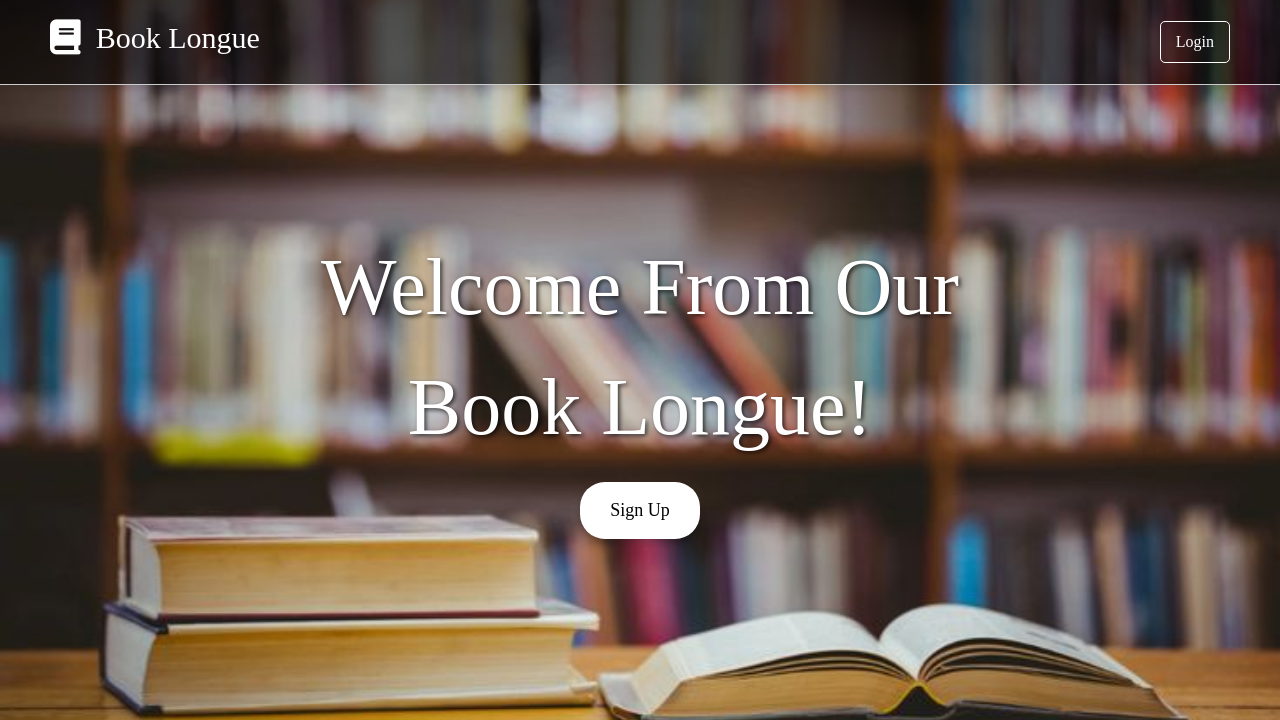
Repository: moehaymanmyint/Book-Longue-Web-System
Page: pages/GetStarted.html
An editor plug-in stored every save of this project. The page is shown before and after the next save, followed by the edit.
The browser window is 1280 px wide. The pictures show the whole page.
Some web fonts or font styles are not loaded; a fallback is used.

Above is the page before, as saved 2024-12-30 11:37:12.

### pages/GetStarted.html
<!DOCTYPE html>
<html lang="en">
<head>
    <meta charset="UTF-8">
    <meta name="viewport" content="width=device-width, initial-scale=1.0">
    <title>Book Longue - Get Started</title>
    <link href="https://cdn.jsdelivr.net/npm/bootstrap@5.3.3/dist/css/bootstrap.min.css" rel="stylesheet" integrity="sha384-QWTKZyjpPEjISv5WaRU9OFeRpok6YctnYmDr5pNlyT2bRjXh0JMhjY6hW+ALEwIH" crossorigin="anonymous">
    <script src="https://cdn.jsdelivr.net/npm/bootstrap@5.3.3/dist/js/bootstrap.bundle.min.js" integrity="sha384-YvpcrYf0tY3lHB60NNkmXc5s9fDVZLESaAA55NDzOxhy9GkcIdslK1eN7N6jIeHz" crossorigin="anonymous"></script>
    <link rel="stylesheet" href="../style/GetStarted.css">
    <link rel="stylesheet" href="https://cdnjs.cloudflare.com/ajax/libs/font-awesome/6.7.2/css/all.min.css" integrity="sha512-Evv84Mr4kqVGRNSgIGL/F/aIDqQb7xQ2vcrdIwxfjThSH8CSR7PBEakCr51Ck+w+/U6swU2Im1vVX0SVk9ABhg==" crossorigin="anonymous" referrerpolicy="no-referrer" />
    <link rel="preconnect" href="https://fonts.googleapis.com">
</head>
<body>
    <div class="nav-bar">
        <div class="left">
            <i class="fa-solid fa-book"></i>
            <h1>Book Longue</h1>
        </div>
        <div class="right">
            <button type="button" class="login-btn btn btn-light"><a href="../pages/login.html">Login</a></button>
        </div>
    </div>
    <div class="content">
        <h1>Welcome From Our<br>Book Longue!</h1>
        <button type="button" class="btn btn-light"><a href="../pages/signup.html">Sign Up</a></button>
    </div>
</body>
</html>

### style/GetStarted.css
@import url('https://fonts.googleapis.com/css2?family=Playwrite+GB+S:ital,wght@0,100..400;1,100..400&display=swap');
*{
    font-family: "Playwrite GB S", serif;
}
body {
    background-image: url(../src/GetStart-bg.jpg);
    background-size: cover;
    background-repeat: no-repeat;
    background-position: center;
    height: 100vh;
    color: #ffffff;
    font-family: 'Arial', sans-serif;
    margin: 0;
}

.nav-bar {
    display: flex;
    justify-content: space-between;
    align-items: center;
    padding: 20px 50px;
    background-color: rgba(0, 0, 0, 0.6);
    border-bottom: 1px solid #ccc;
    position: fixed;
    width: 100%;
    z-index: 10;
    box-shadow: 0px 4px 6px rgba(0, 0, 0, 0.1);
}

.nav-bar .left{
    display: flex;
    justify-content: center;
}

.nav-bar .left i {
    font-size: 35px;
    margin-right: 15px;
    color: #fff;
}

.nav-bar h1 {
    font-size: 30px;
    color: #fff;
}

.nav-bar button {
    border: 1px solid #fff;
    background-color: transparent;
    color: #fff;
    padding: 8px 15px;
    border-radius: 5px;
    cursor: pointer;
    transition: 0.3s;
}

.nav-bar button:hover {
    background-color: #fff;
    color: #000;
}

.right a {
    text-decoration: none;
    color: white;
}

.right a:hover{
    color: #000;
}

.content a {
    text-decoration: none;
    color: black;
}

.content {
    display: flex;
    flex-direction: column;
    align-items: center;
    justify-content: center;
    text-align: center;
    height: 100%;
    padding-top: 30px;
}

.content h1 {
    font-size: 80px;
    text-align: center;
    line-height: 1.5;
    margin: 15px 0;
    color: #ffffff;
    text-shadow: 2px 2px 4px rgba(0, 0, 0, 0.7);
}
.content button {
    border: none;
    padding: 15px 30px;
    font-size: 18px;
    color: #000;
    background-color: #fff;
    border-radius: 25px;
    cursor: pointer;
    box-shadow: 0px 4px 6px rgba(0, 0, 0, 0.2);
    transition: 0.3s;
}

.content button:hover {
    background-color: #9d2f2f;
    color: #fff;
    transform: translateY(-2px);
}

After the next save:
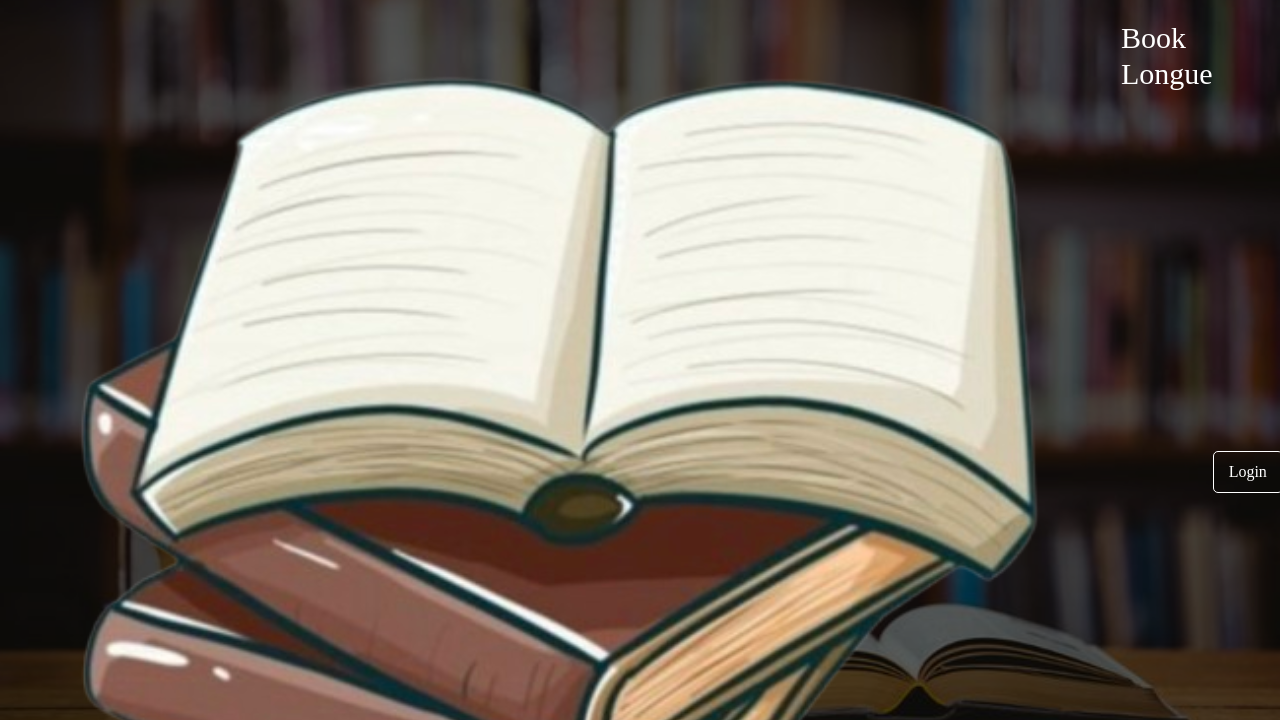
Saved 12 min 24 s later.
--- a/pages/GetStarted.html
+++ b/pages/GetStarted.html
@@ -13,7 +13,7 @@
 <body>
     <div class="nav-bar">
         <div class="left">
-            <i class="fa-solid fa-book"></i>
+            <img src="../src/logo.png" alt="">
             <h1>Book Longue</h1>
         </div>
         <div class="right">

After the save that followed:
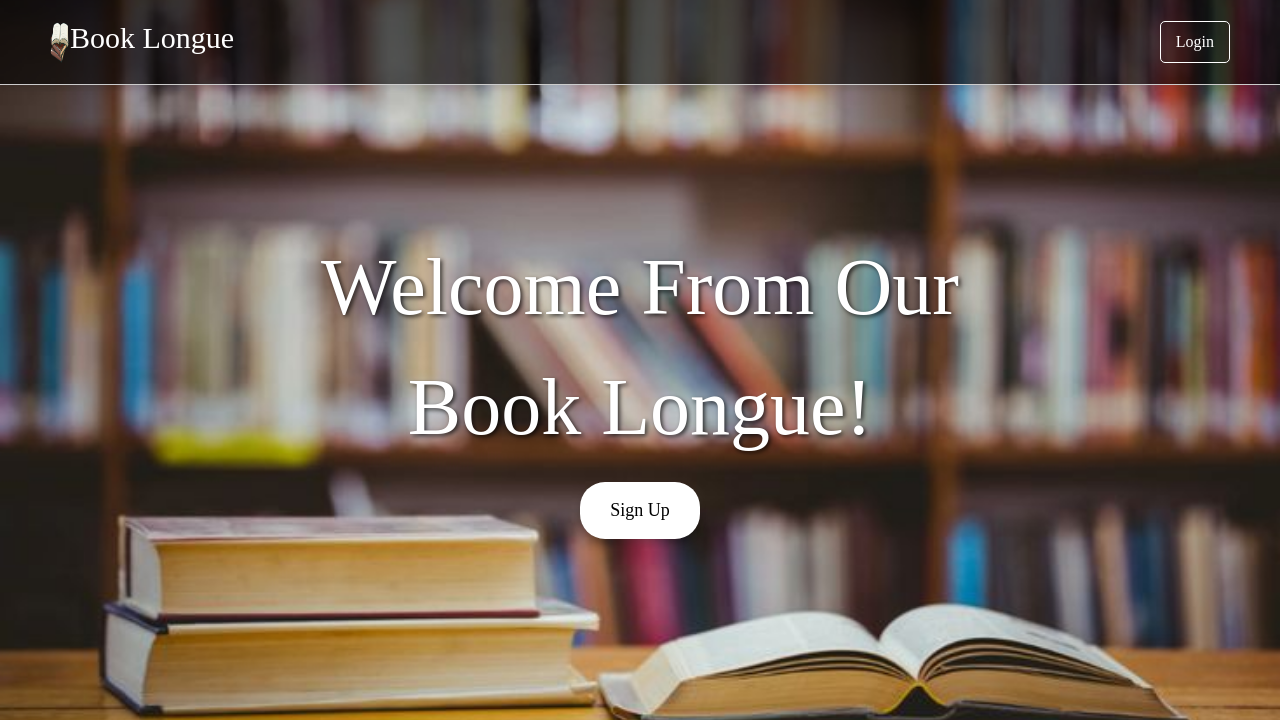
Saved 20 s later.
--- a/pages/GetStarted.html
+++ b/pages/GetStarted.html
@@ -13,7 +13,7 @@
 <body>
     <div class="nav-bar">
         <div class="left">
-            <img src="../src/logo.png" alt="">
+            <img src="../src/logo.png" alt="" width="20px">
             <h1>Book Longue</h1>
         </div>
         <div class="right">
